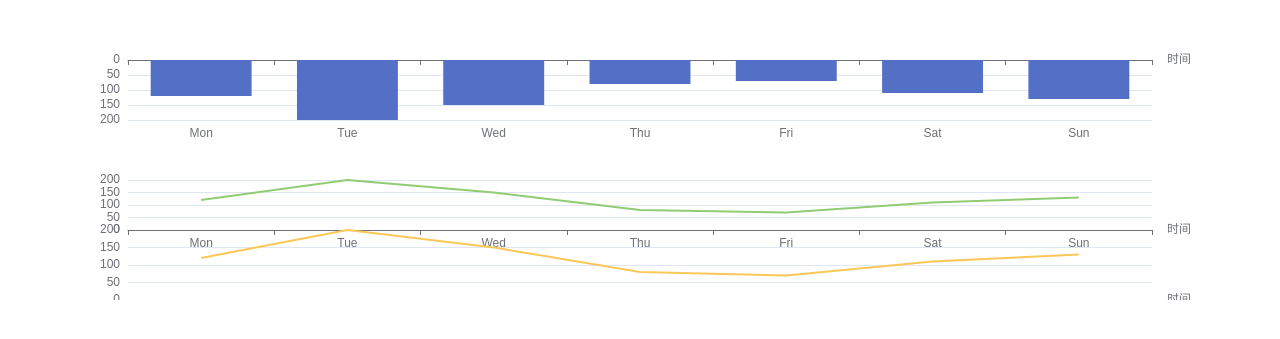
Repository: LeP-Ton/curve
Page: /
The author's editor kept a copy of each file at every save. The page is drawn from the files as they stood at one save, then again after the next save.
The browser window is 1280 px wide. The pictures show the whole page.
The project was rebuilt for these pictures with package versions that can differ from the ones it lists, and the page was loaded fresh each time.

Above is the page before, as saved 2022-08-18 20:14:51.

After the next save:
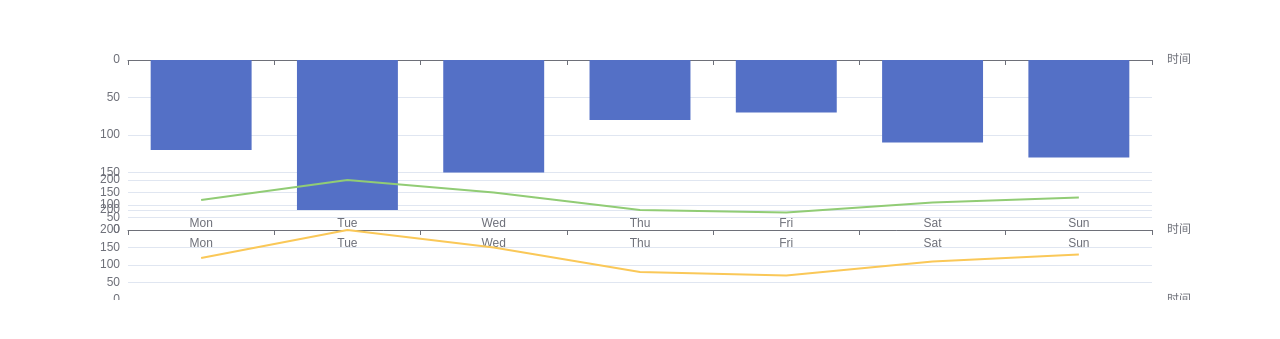
Saved 32 s later.
--- a/src/index.js
+++ b/src/index.js
@@ -47,7 +47,7 @@
   ],
   grid: [
     {
-      bottom: '60%'
+      bottom: '30%'
     },
     {
       top: '60%'

After the save that followed:
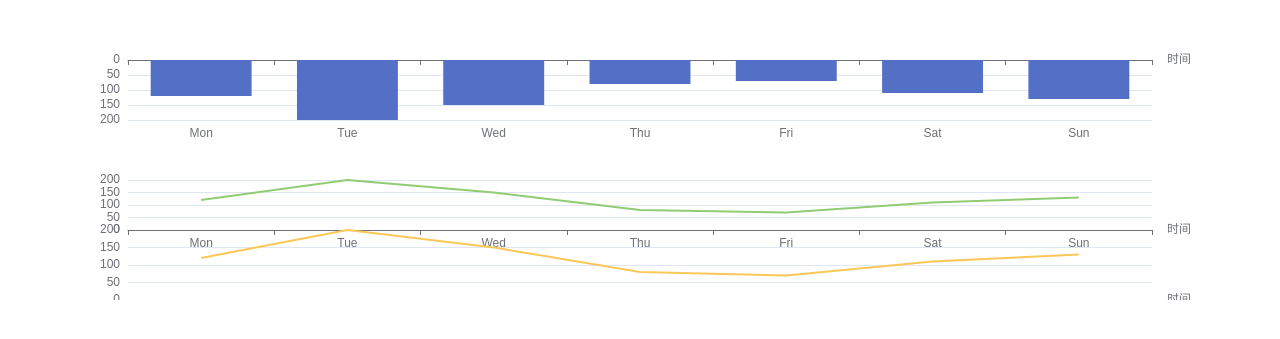
Saved 7 s later.
--- a/src/index.js
+++ b/src/index.js
@@ -47,7 +47,7 @@
   ],
   grid: [
     {
-      bottom: '30%'
+      bottom: '60%'
     },
     {
       top: '60%'
